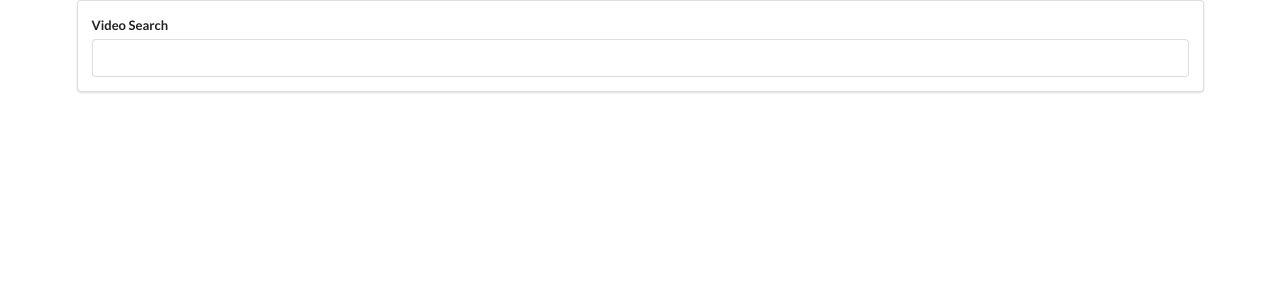
Repository: EgorSherstnev/Videos-hooks
Page: /
The author's editor kept a copy of each file at every save. The page is drawn from the files as they stood at one save, then again after the next save.
The browser window is 1280 px wide. The pictures show the whole page.
Some web libraries are served in a nearby version. The project was rebuilt for these pictures with package versions that can differ from the ones it lists, and the page was loaded fresh each time.

Above is the page before, as saved 2022-10-19 21:45:31.

### public/index.html
<!DOCTYPE html>
<html lang="en">
  <head>
    <meta charset="utf-8" />
    <link rel="icon" href="%PUBLIC_URL%/favicon.ico" />
    <meta name="viewport" content="width=device-width, initial-scale=1" />
    <meta name="theme-color" content="#000000" />
    <link rel="stylesheet" href="https://cdnjs.cloudflare.com/ajax/libs/semantic-ui/2.5.0/semantic.min.css" />
    <meta
      name="description"
      content="Web site created using create-react-app"
    />
    <link rel="apple-touch-icon" href="%PUBLIC_URL%/logo192.png" />
    <!--
      manifest.json provides metadata used when your web app is installed on a
      user's mobile device or desktop. See https://developers.google.com/web/fundamentals/web-app-manifest/
    -->
    <link rel="manifest" href="%PUBLIC_URL%/manifest.json" />
    <!--
      Notice the use of %PUBLIC_URL% in the tags above.
      It will be replaced with the URL of the `public` folder during the build.
      Only files inside the `public` folder can be referenced from the HTML.

      Unlike "/favicon.ico" or "favicon.ico", "%PUBLIC_URL%/favicon.ico" will
      work correctly both with client-side routing and a non-root public URL.
      Learn how to configure a non-root public URL by running `npm run build`.
    -->
    <title>React App</title>
  </head>
  <body>
    <noscript>You need to enable JavaScript to run this app.</noscript>
    <div id="root"></div>
    <!--
      This HTML file is a template.
      If you open it directly in the browser, you will see an empty page.

      You can add webfonts, meta tags, or analytics to this file.
      The build step will place the bundled scripts into the <body> tag.

      To begin the development, run `npm start` or `yarn start`.
      To create a production bundle, use `npm run build` or `yarn build`.
    -->
  </body>
</html>

### src/index.js
import React from "react";
import ReactDOM  from "react-dom";
import App from './components/App';

ReactDOM.render(
    <App />,
    document.querySelector('#root')
);

### src/components/App.js
import React from "react";
import SearchBar from "./SearchBar";
import youtube from "../apis/youtube";

class App extends React.Component {
    state = { videos: [] }

    onTermSubmit = async term => {
        const response = await youtube.get('/search', {
            params: {
                q: term
            }
        });

        this.setState({ videos: response.data.items});
    }

    render() {
        return (
            <div className="ui container">
                <SearchBar onFormSubmit={this.onTermSubmit}/>
            </div>
        );
    }
}

export default App;

### src/components/SearchBar.js
import React from "react";

class SearchBar extends React.Component {
    state = { term: '' };

    onInputChange = (event) => {
        this.setState({ term: event.target.value });
    };

    onFormSubmit = (event) => {
        event.preventDefault();

        this.props.onFormSubmit(this.state.term);
    }

    render () {
        return (
            <div className="search-bar ui segment">
                <form onSubmit={this.onFormSubmit} className="ui form">
                    <div className="field">
                        <label>Video Search</label>
                        <input
                            type="text"
                            value={this.state.term}
                            onChange={this.onInputChange}
                        />
                    </div>
                </form>
            </div>
        );
    }
}

export default SearchBar;

### src/apis/youtube.js
import axios from 'axios';

const KEY = 'AIzaSyBixsksyZX8cQNVOl_HvQLymQy21P7eWKY' ;

export default axios.create({
    baseURL: 'https://www.googleapis.com/youtube/v3',
    params: {
      part: 'snippet',
      type: 'video',
      maxResults: 5,
      key: KEY
  }
});

After the next save:
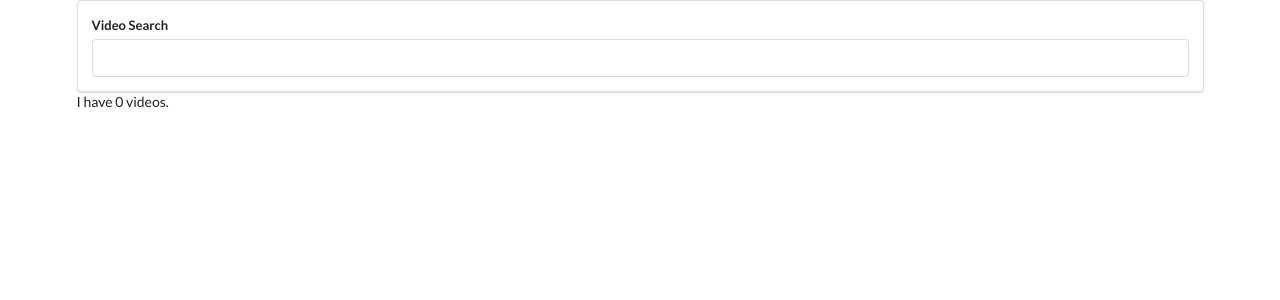
Saved 2 min 7 s later.
--- a/src/components/App.js
+++ b/src/components/App.js
@@ -19,6 +19,7 @@ class App extends React.Component {
         return (
             <div className="ui container">
                 <SearchBar onFormSubmit={this.onTermSubmit}/>
+                I have {this.state.videos.length} videos.
             </div>
         );
     }
